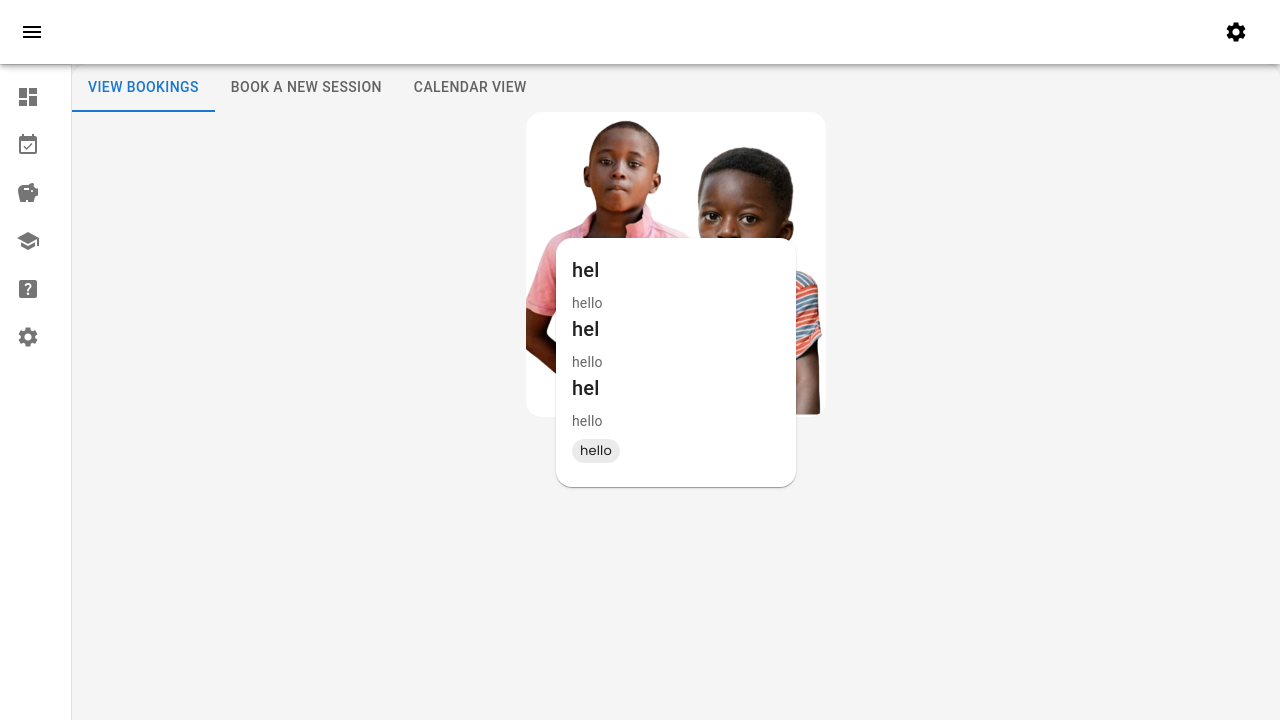
Repository: shubhampirate/Google_Solutions_Edural
Page: /bookings
An editor plug-in stored every save of this project. The page is shown before and after the next save, followed by the edit.
The browser window is 1280 px wide. The pictures show the whole page.
An inner scrolling area shows only its first screen. The project was rebuilt for these pictures with package versions that can differ from the ones it lists, and the page was loaded fresh each time. Some packages were replaced by stand-ins written for this rebuild. Also part of the build but not shown: src/Components/CustomButton.jsx, src/Components/Navbar.jsx, src/Components/Footer.jsx, src/Components/CongratsCard.jsx, src/pages/Hero/Hero.jsx, src/pages/Dashboard/Dashboard.jsx, src/pages/Sign_in.jsx, src/pages/Bookings/LicenseCard.jsx.

Above is the page before, as saved 2024-02-04 17:50:44.

After the next save:
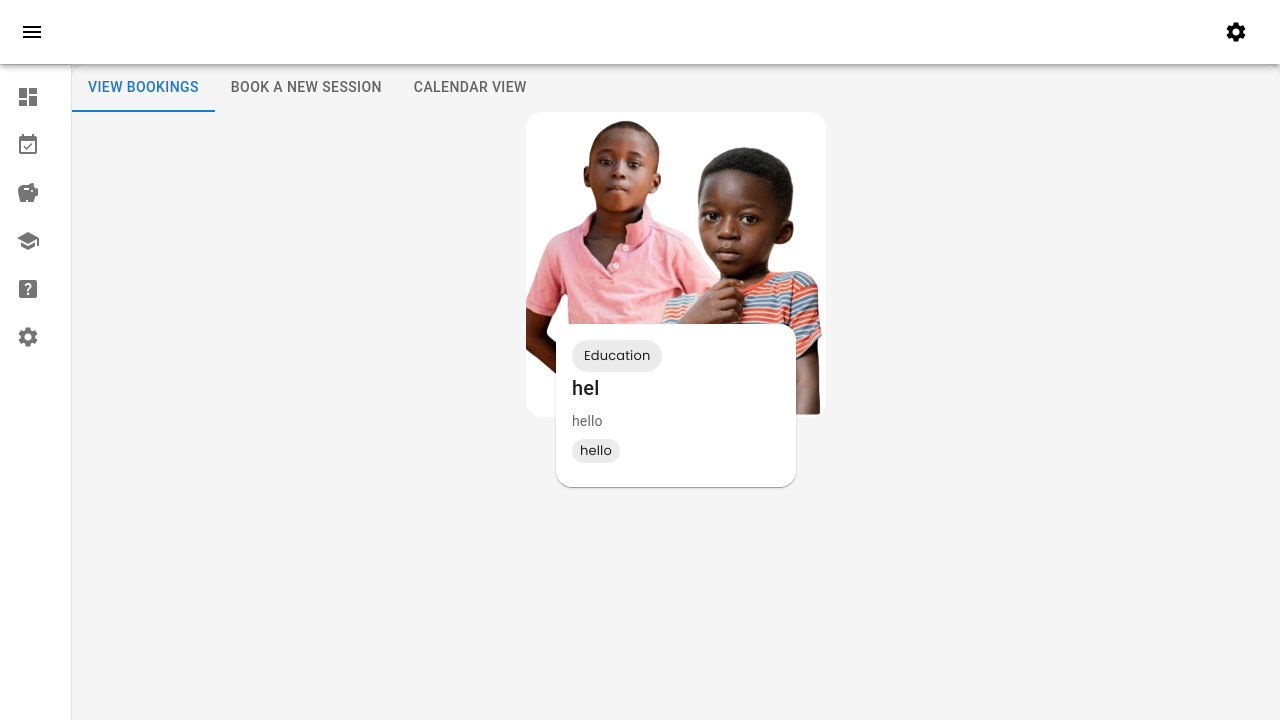
Saved 53 s later.
--- a/src/pages/Bookings/bookings.jsx
+++ b/src/pages/Bookings/bookings.jsx
@@ -121,18 +121,7 @@ export default function Booking() {
          }}
        >
          <CardContent>
-           <Typography variant="h6" gutterBottom>
-             hel
-           </Typography>
-           <Typography variant="body2" color="text.secondary">
-         hello
-           </Typography>
-           <Typography variant="h6" gutterBottom>
-             hel
-           </Typography>
-           <Typography variant="body2" color="text.secondary">
-         hello
-           </Typography>
+         <Chip size="sm" variant="soft" label="Education" />
            <Typography variant="h6" gutterBottom>
              hel
            </Typography>
